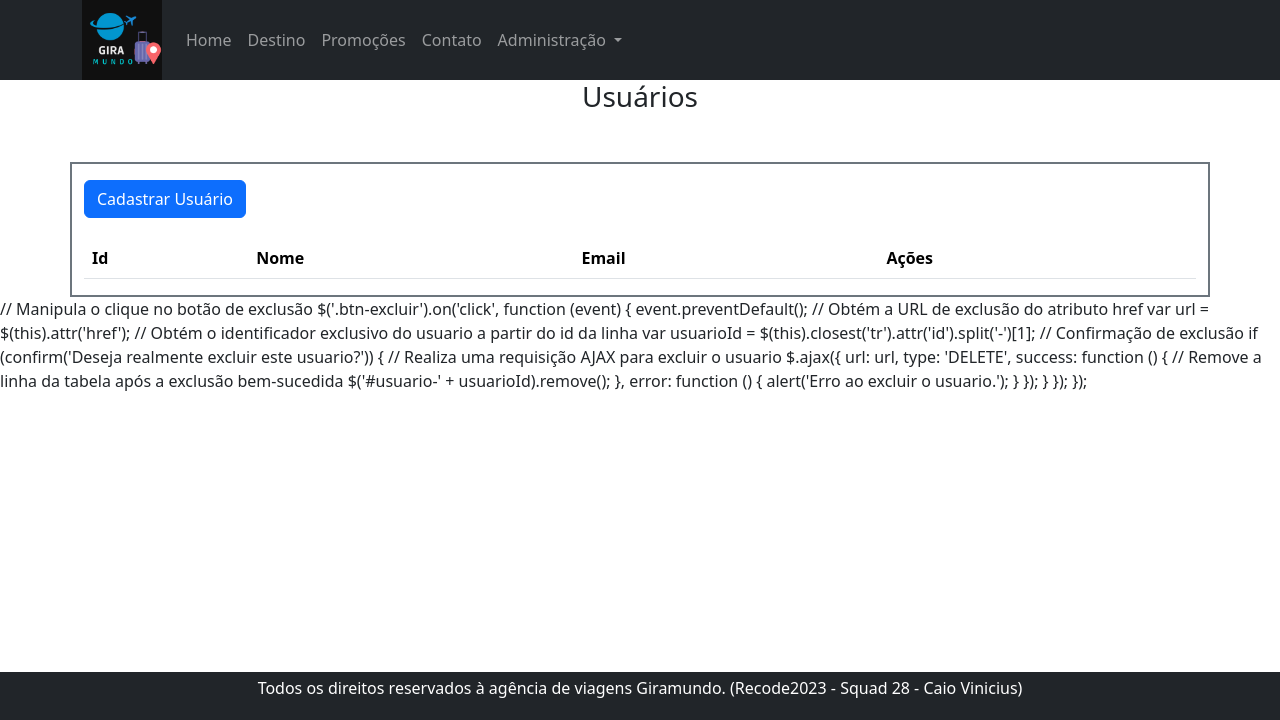
Repository: caiopiabas/RECODE-ENTREGA-4
Page: http://localhost/usuario
The author's editor kept a copy of each file at every save. The page is drawn from the files as they stood at one save, then again after the next save.
The browser window is 1280 px wide. The pictures show the whole page.
The page is this project's Thymeleaf template; nobody is signed in. The template is opened directly, without the code that normally fills it, so the values that code supplies are empty.

Above is the page before, as saved 2023-12-08 02:33:54.
Console error: ReferenceError: $ is not defined

After the next save:
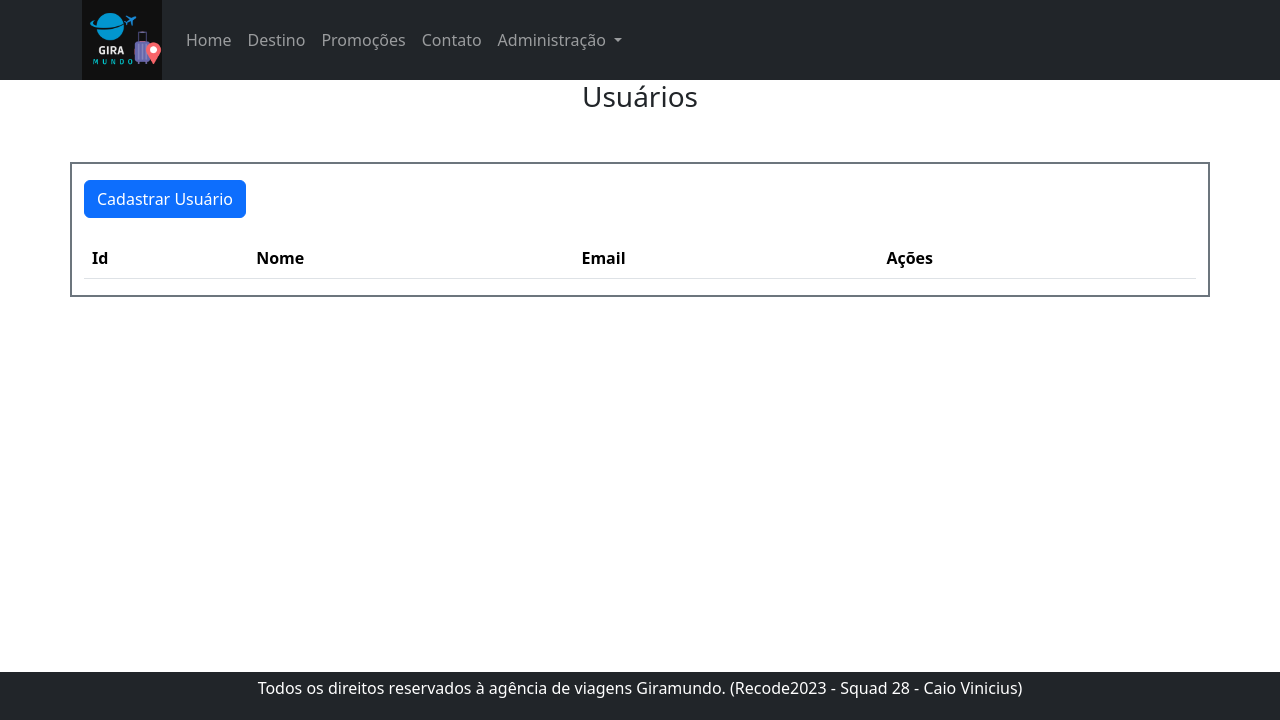
Saved 4 min 54 s later.
--- a/agenciaviagem/src/main/resources/templates/usuario.html
+++ b/agenciaviagem/src/main/resources/templates/usuario.html
@@ -205,33 +205,33 @@
 	});
 </script>
 
-// Manipula o clique no botão de exclusão
-$('.btn-excluir').on('click', function (event) {
-event.preventDefault();
-
-// Obtém a URL de exclusão do atributo href
-var url = $(this).attr('href');
-
-// Obtém o identificador exclusivo do usuario a partir do id da linha
-var usuarioId = $(this).closest('tr').attr('id').split('-')[1];
-
-// Confirmação de exclusão
-if (confirm('Deseja realmente excluir este usuario?')) {
-// Realiza uma requisição AJAX para excluir o usuario
-$.ajax({
-url: url,
-type: 'DELETE',
-success: function () {
-// Remove a linha da tabela após a exclusão bem-sucedida
-$('#usuario-' + usuarioId).remove();
-},
-error: function () {
-alert('Erro ao excluir o usuario.');
-}
-});
-}
-});
-});
+<script>
+	// Manipula o clique no botão de exclusão
+	$('.btn-excluir').on('click', function (event) {
+		event.preventDefault();
+
+		// Obtém a URL de exclusão do atributo href
+		var url = $(this).attr('href');
+
+		// Obtém o identificador exclusivo do usuario a partir do id da linha
+		var usuarioId = $(this).closest('tr').attr('id').split('-')[1];
+
+		// Confirmação de exclusão
+		if (confirm('Deseja realmente excluir este usuario?')) {
+			// Realiza uma requisição AJAX para excluir o usuario
+			$.ajax({
+				url: url,
+				type: 'DELETE',
+				success: function () {
+					// Remove a linha da tabela após a exclusão bem-sucedida
+					$('#usuario-' + usuarioId).remove();
+				},
+				error: function () {
+					alert('Erro ao excluir o usuario.');
+				}
+			});
+		}
+	});
 </script>
 
 </body>
